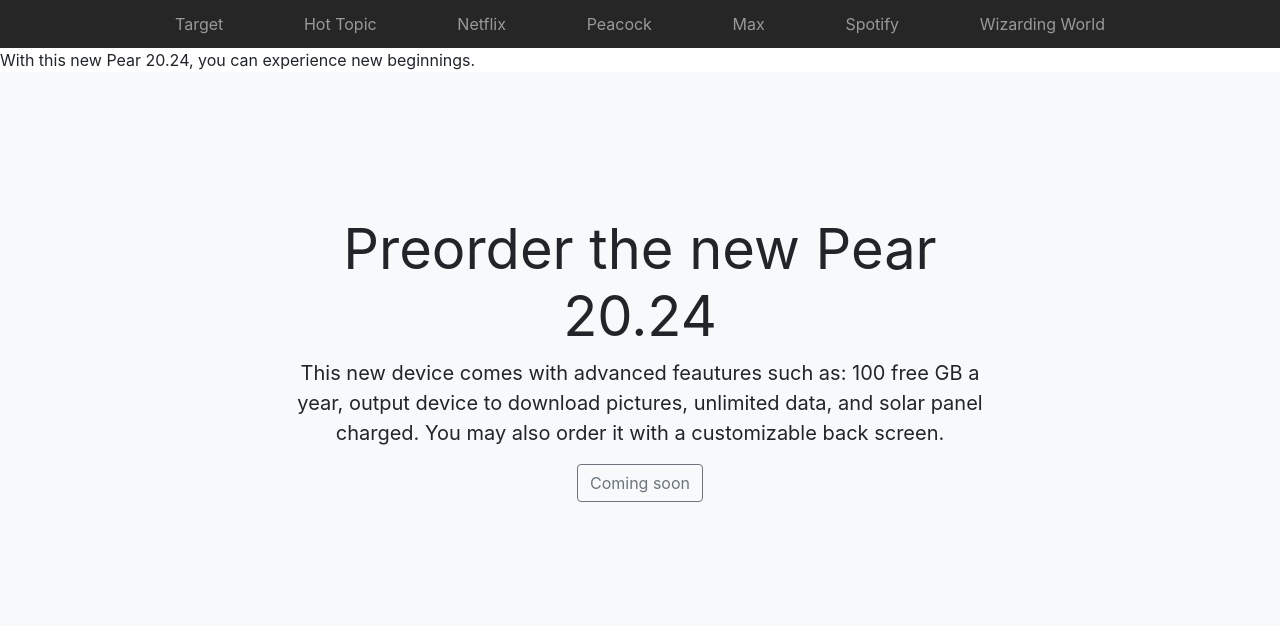
Repository: DailynAmaya/DailynAmaya-Resume
Page: LearnCS8-Twilio/index.html
The author's editor kept a record of every edit. The page is drawn from the files as they stood at one moment, then again after the next edit.
The browser window is 1280 px wide. The pictures show the part of the page from y = 0 to 626 px (the page is 1201 px tall).
A picture or video elsewhere on the page could not be fetched, so the positions and the page height are approximate.

Above is the page before.

After the next edit:
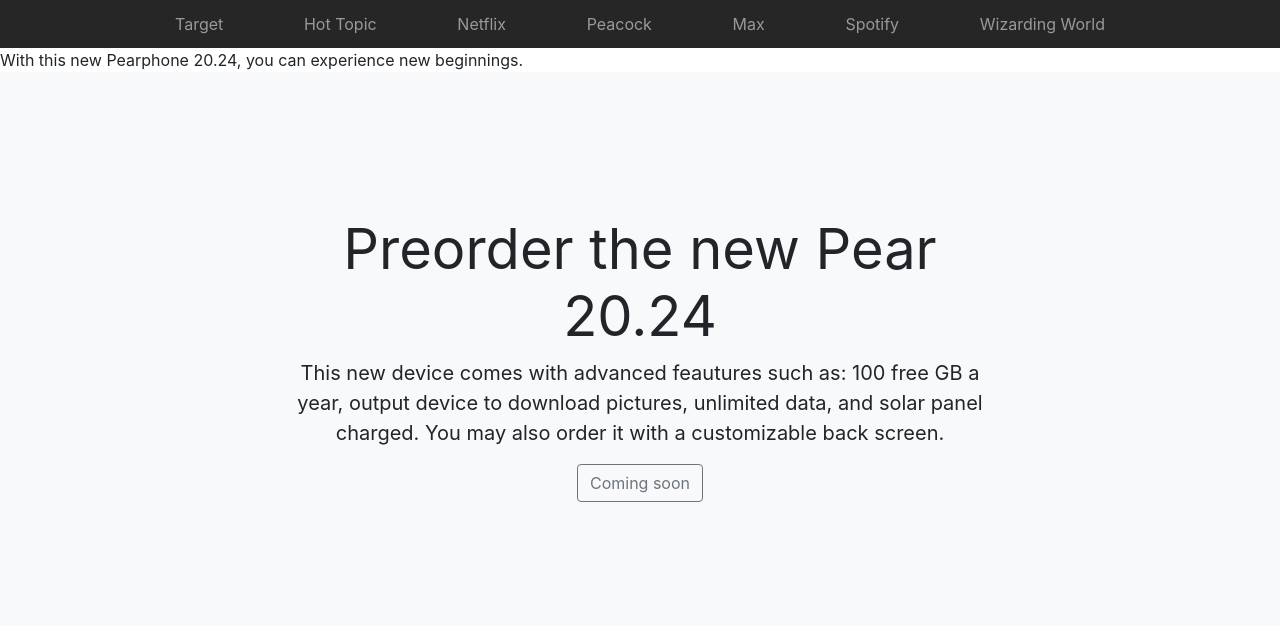
The edit:
--- a/LearnCS8-Twilio/index.html
+++ b/LearnCS8-Twilio/index.html
@@ -27,7 +27,7 @@
         <a class="py-2 d-none d-md-inline-block" id="menu-item-7" href="https://www.wizardingworld.com/"target="Wizarding World">Wizarding World</a>
     </div>
 </nav>
-<!-- Main Header Section h1--> With this new Pear 20.24, you can experience new beginnings.
+<!-- Main Header Section h1--> With this new Pearphone 20.24, you can experience new beginnings.
 <div class="position-relative overflow-hidden p-3 p-md-5 m-md-0 text-center bg-light">
     <div class="col-md-8 p-lg-5 mx-auto my-5">
         <h1 class="display-4 font-weight-normal">Preorder the new Pear 20.24</h1>
